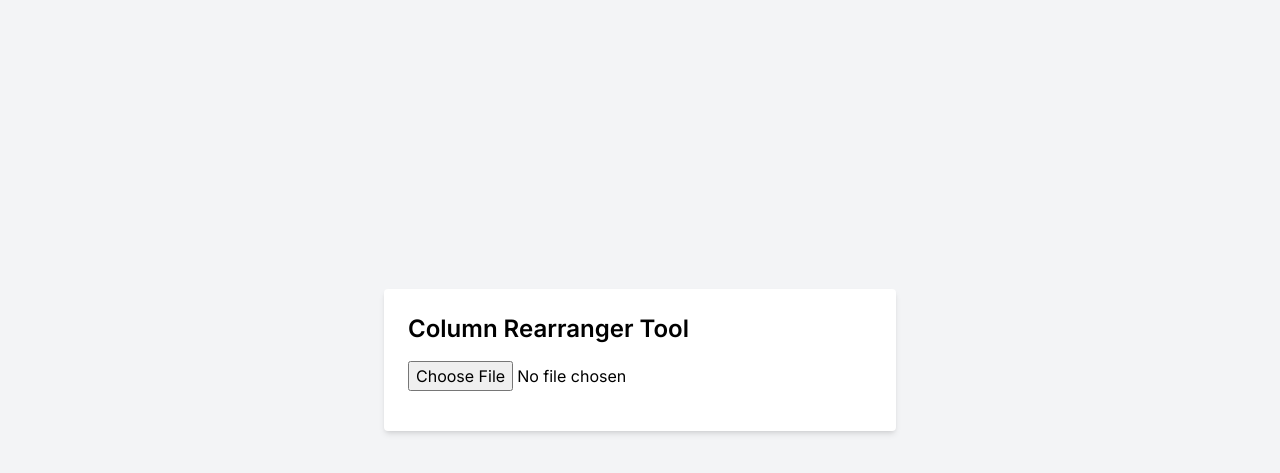
Repository: Wilderness-Committee/ColumnRearranger
Page: /
An editor plug-in stored every save of this project. The page is shown before and after the next save, followed by the edit.
The browser window is 1280 px wide. The pictures show the whole page.
The project was rebuilt for these pictures with package versions that can differ from the ones it lists, and the page was loaded fresh each time. The framework's server and built-in components were replaced by stand-ins that run in the browser. Also part of the build but not shown: next.config.mjs.

Above is the page before, as saved 2024-05-28 09:00:34.

After the next save:
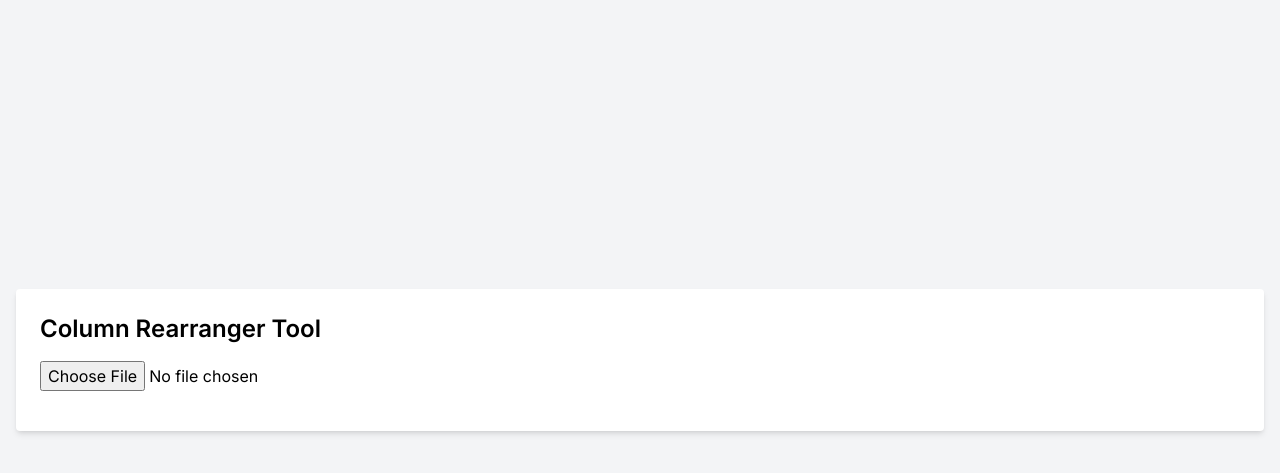
Saved 108 s later.
--- a/app/components/ColumnRearranger.tsx
+++ b/app/components/ColumnRearranger.tsx
@@ -53,7 +53,7 @@ const ColumnRearranger: React.FC = () => {
 
   return (
     <div className="min-h-screen flex flex-col items-center justify-center bg-gray-100 p-4 w-full">
-      <div className="bg-white shadow-md rounded p-6 w-full max-w-lg">
+      <div className="bg-white shadow-md rounded p-6 w-full w-full">
         <h2 className="text-2xl font-semibold mb-4 text-black">
           Column Rearranger Tool
         </h2>
